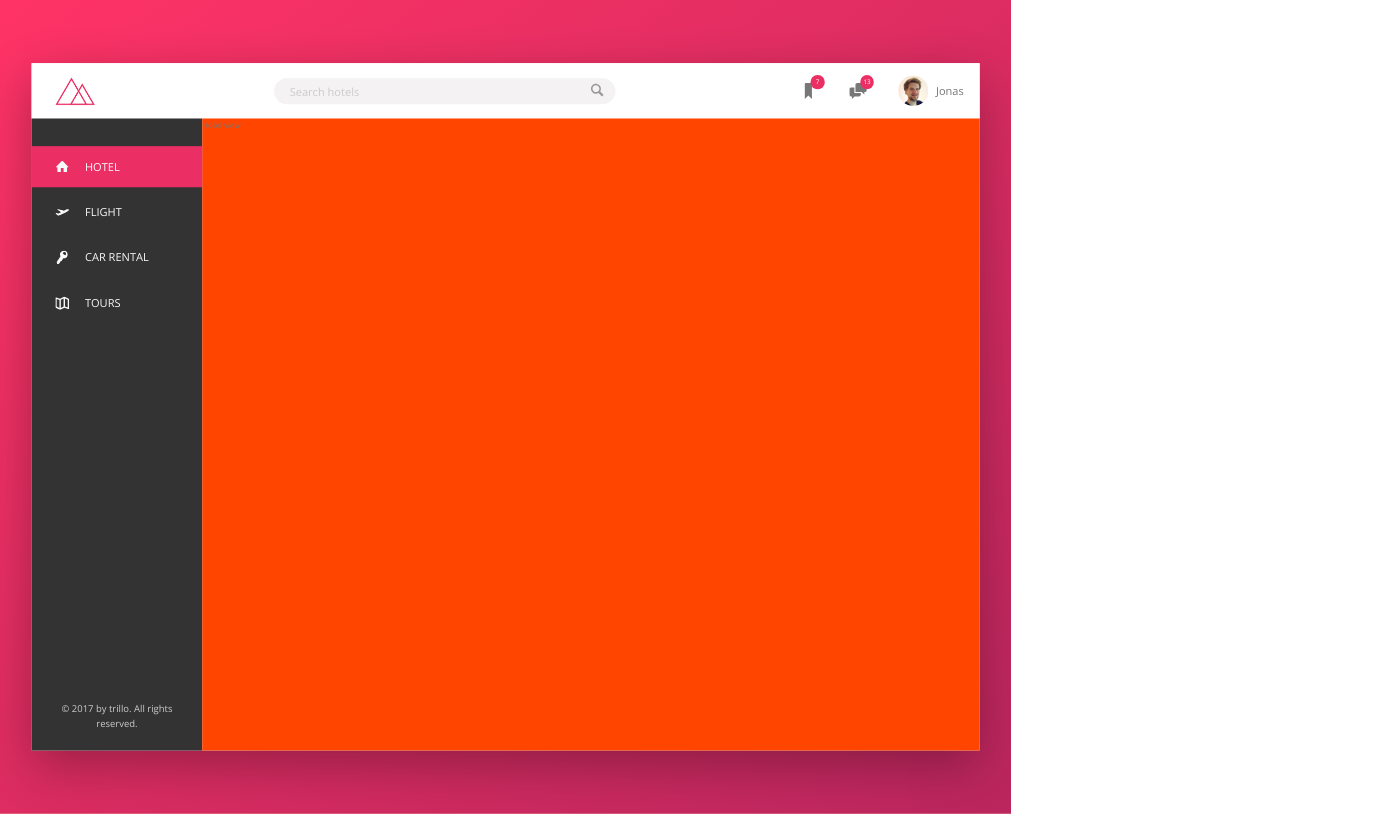
Repository: MalgorzataMazur/Trillo
Page: index.html
These files come from the project's save history. The page is drawn as it stood at one moment and after the next save; the edit follows.
The browser window is 1280 px wide. The page is 1280 px wide, then 1756 px, so the pictures cover 1756 px, including what lies to the right of the window. The pictures show the whole page, at 79% of full size.
The style sheet was rebuilt from its Sass, Less or Tailwind sources for each picture, by a compiler version that may differ from the author's.

Above is the page before, as saved 2020-03-26 20:20:32.

After the next save:
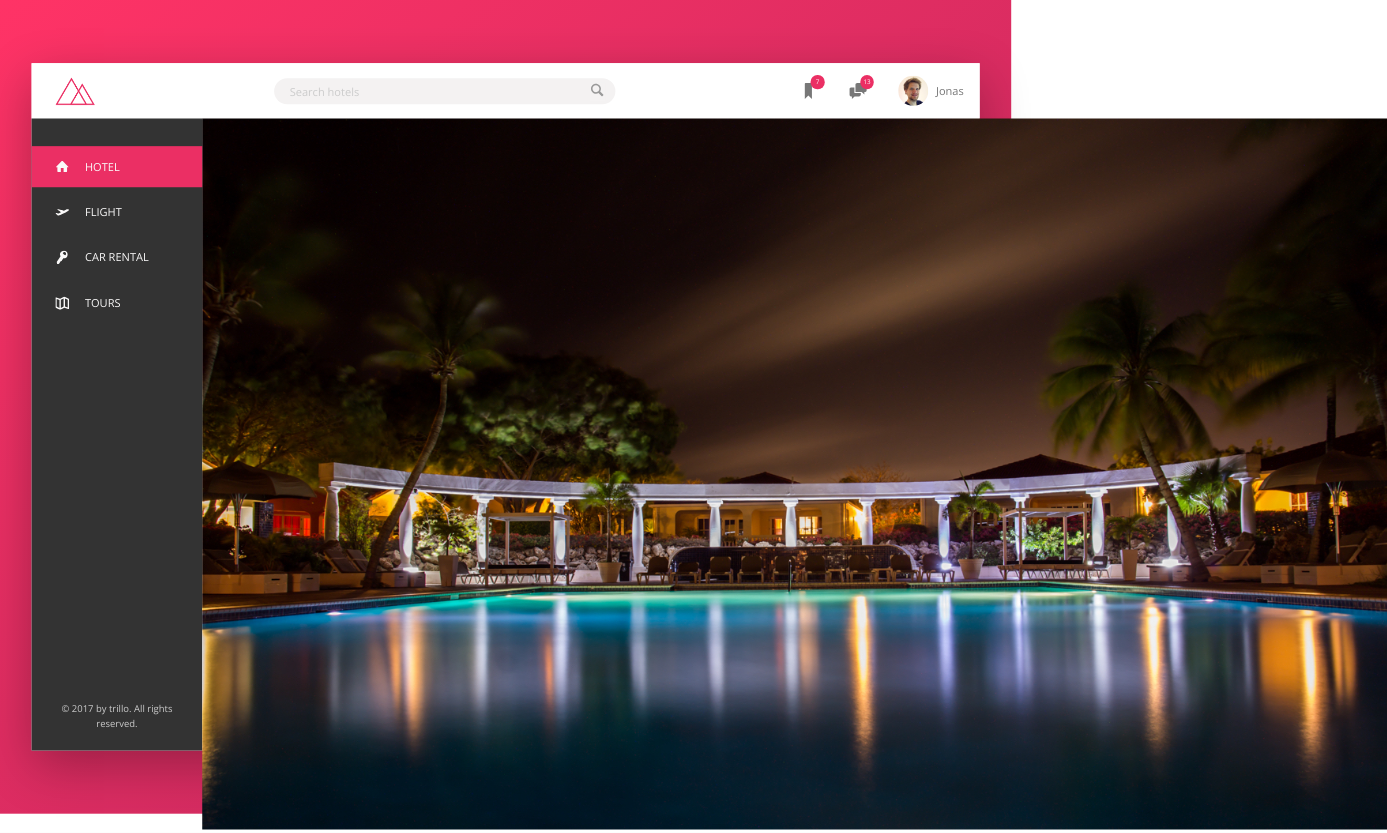
Saved 15 h 1 min later.
--- a/index.html
+++ b/index.html
@@ -85,7 +85,11 @@
                     </div>
                 </nav>
                 <main class="hotel-view">
-                    Hotel view
+                    <div class="gallery">
+                        <figure class="gallery__item">
+                            <img src="img/hotel-1.jpg" alt="Photo of hotel 1" class="gallery__photo">
+                        </figure>
+                    </div>
                 </main>
             </div>
 
